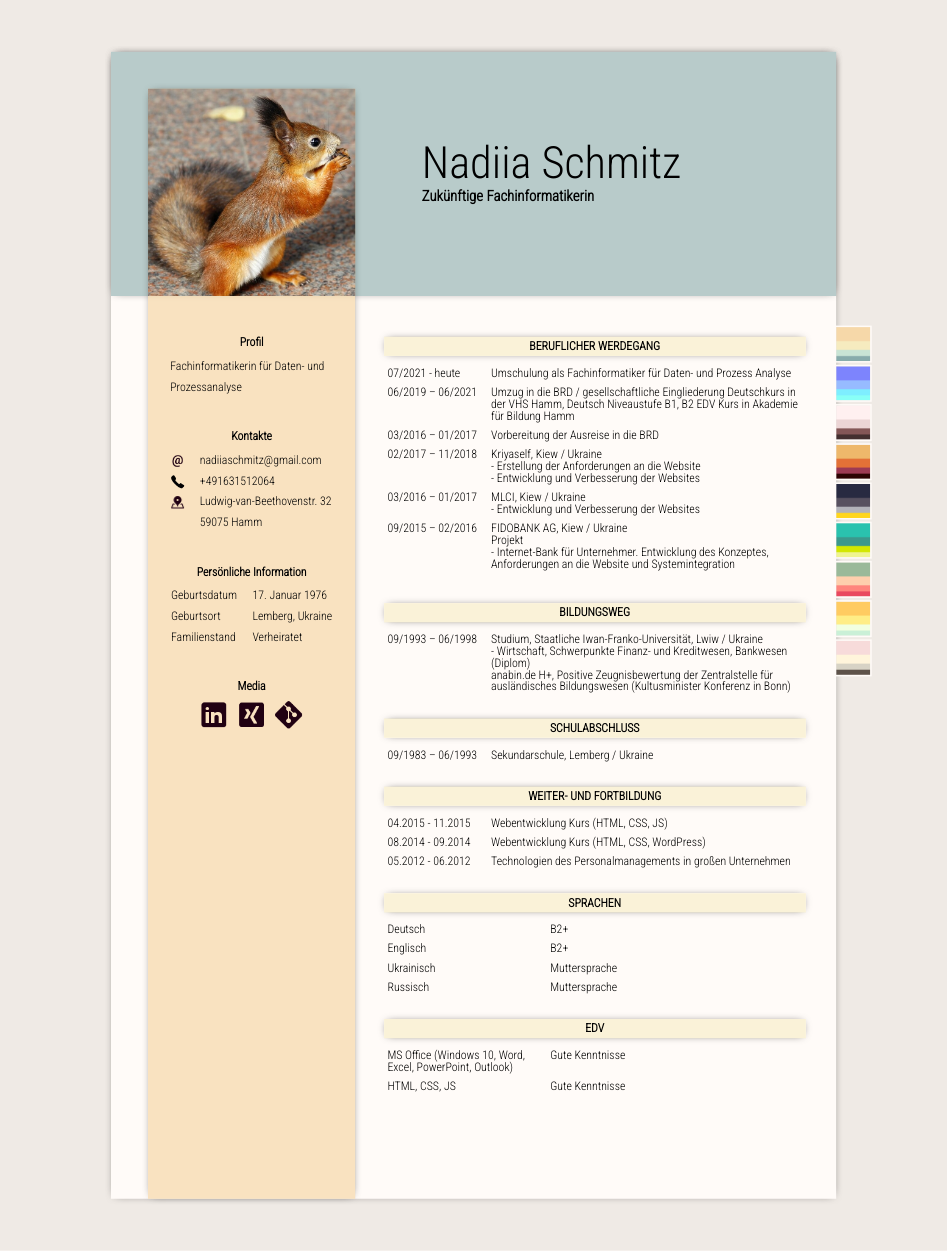
Repository: NadiaSchmitz/lebenslauf.nschmitz.githab.io
Page: index.html
The author's editor kept a record of every edit. The page is drawn from the files as they stood at one moment, then again after the next edit.
The browser window is 1280 px wide. The pictures show the whole page, at 74% of full size.

Above is the page before.

### index.html
<!DOCTYPE html>
<html>

<head>
  <meta charset="utf-8" />
  <title>Lebenslauf Nadiia Schmitz</title>
  <link rel="stylesheet" href="./styles/reset.css" type="text/css" />
  <link rel="stylesheet" href="./styles/style.css" type="text/css" />
  <link rel="stylesheet" href="./styles/icons.css" type="text/css" />
  <meta name="viewport" content="width=device-width, initial-scale=1.0">
  <link rel="preconnect" href="https://fonts.googleapis.com">
  <link rel="preconnect" href="https://fonts.gstatic.com" crossorigin>
  <link href="https://fonts.googleapis.com/css2?family=Roboto+Condensed:wght@300&display=swap" rel="stylesheet">
  <link rel="shortcut icon" href="images/favicon.png" type="image/x-icon">
  <script src="https://ajax.googleapis.com/ajax/libs/jquery/2.2.0/jquery.min.js"></script>
  <script type="text/javascript" src="./js/colors.js"></script>
</head>

<body>
  <section class="wrapper">
    <section class="inner_wrapper">
      <div class="content_wrapper">
        <header class="header">
          <div class="header_text">
            <h1>Nadiia Schmitz</h1>
            <h2>Zukünftige Fachinformatikerin</h2>
          </div>
        </header>
        <div class="color_schema_buttons_wrapper">
          <div id="pistachios" class="color_schema_button pistachios" title="pistachios"></div>
          <div id="sea" class="color_schema_button sea" title="sea"></div>
          <div id="cappuchino" class="color_schema_button cappuchino" title="cappuchino"></div>
          <div id="autumn" class="color_schema_button autumn" title="autumn"></div>
          <div id="bvb" class="color_schema_button bvb" title="bvb"></div>
          <div id="lime" class="color_schema_button lime" title="lime"></div>
          <div id="summer" class="color_schema_button summer" title="summer"></div>
          <div id="sun" class="color_schema_button sun" title="sun"></div>
          <div id="pastel" class="color_schema_button pastel" title="pastel"></div>
        </div>
        <div class="lebenslauf_wrapper">
          <div class="sidebar sidebar_left">
            <div class="sidebar_foto"></div>
            <div class="sidebar_content">
              <div class="sidebar_content_item profile">
                <h3>Profil</h3>
                <table>
                  <tr>
                    <td col="2">Fachinformatikerin für Daten- und Prozessanalyse</td>
                  </tr>
                </table>
              </div>
              <div class="sidebar_content_item contacts">
                <h3>Kontakte</h3>
                <table>
                  <tr>
                    <td>
                      <span class="sidebar_content_item_icon contacts_email"></span>
                    </td>
                    <td>nadiiaschmitz@gmail.com</td>
                  </tr>
                  <tr>
                    <td>
                      <span class="sidebar_content_item_icon contacts_phone"></span>
                    </td>
                    <td>+491631512064</td>
                  </tr>
                  <tr>
                    <td>
                      <span class="sidebar_content_item_icon contacts_adress"></span>
                    </td>
                    <td>Ludwig-van-Beethovenstr. 32 59075 Hamm</td>
                  </tr>
                </table>
              </div>
              <div class="sidebar_content_item personal">
                <h3>Persönliche Information</h3>
                <table>
                  <tr>
                    <td>Geburtsdatum</td>
                    <td>17. Januar 1976</td>
                  </tr>
                  <tr>
                    <td>Geburtsort</td>
                    <td>Lemberg, Ukraine</td>
                  </tr>
                  <tr>
                    <td>Familienstand</td>
                    <td>Verheiratet</td>
                  </tr>
                </table>
              </div>
              <div class="sidebar_content_item social">
                <h3>Media</h3>
                <table>
                  <tr>
                    <td><a href="https://www.linkedin.com/in/nadiia-schmitz-93491722" class="linkedin" target="_blank"></a></td>
                    <td><a href="https://www.xing.com/profile/Nadiia_Schmitz3" class="xing" target="_blank"></a></td>
                    <td><a href="https://github.com/NadiaSchmitz" class="git" target="_blank"></a></td>
                  </tr>
                </table>
              </div>
            </div>
          </div>
          <div class="sidebar sidebar_right">
            <div class="sidebar_right_content">
              <div class="sidebar_right_content_item">
                <h4>BERUFLICHER WERDEGANG</h4>
                <table>
                  <tr>
                    <td>07/2021 - heute</td>
                    <td>Umschulung als Fachinformatiker für Daten- und Prozess Analyse</td>
                  </tr>
                  <tr>
                    <td>06/2019 – 06/2021</td>
                    <td>Umzug in die BRD / gesellschaftliche Eingliederung Deutschkurs in der VHS Hamm, Deutsch Niveaustufe B1, B2 EDV Kurs in Akademie für Bildung Hamm
                    </td>
                  </tr>
                  <tr>
                    <td>03/2016 – 01/2017</td>
                    <td>Vorbereitung der Ausreise in die BRD</td>
                  </tr>
                  <tr>
                    <td>02/2017 – 11/2018</td>
                    <td>
                      <span class="employer">Kriyaself, Kiew / Ukraine</span>
                      <ul>
                        <li>- Erstellung der Anforderungen an die Website</li>
                        <li>- Entwicklung und Verbesserung der Websites</li>
                      </ul>
                    </td>
                  </tr>
                  <tr>
                    <td>03/2016 – 01/2017</td>
                    <td>
                      <span class="employer">MLCI, Kiew / Ukraine</span>
                      <ul>
                        <li>- Entwicklung und Verbesserung der Websites</li>
                      </ul>
                    </td>
                  </tr>
                  <tr>
                    <td>09/2015 – 02/2016</td>
                    <td>
                      <span class="employer">FIDOBANK AG, Kiew / Ukraine</span>
                      <ul>
                        Projekt
                        <li>- Internet-Bank für Unternehmer. Entwicklung des Konzeptes, Anforderungen an die Website und Systemintegration</li>
                      </ul>
                    </td>
                  </tr>
                  <tr>
                    <td></td>
                    <td></td>
                  </tr>
                </table>
              </div>
              <div class="sidebar_right_content_item">
                <h4>BILDUNGSWEG</h4>
                <table>
                  <tr>
                    <td>09/1993 – 06/1998</td>
                    <td>Studium, Staatliche Iwan-Franko-Universität, Lwiw / Ukraine
                      <ul>
                        <li>- Wirtschaft, Schwerpunkte Finanz- und Kreditwesen, Bankwesen (Diplom)</li>
                        <li>anabin.de H+, Positive Zeugnisbewertung der Zentralstelle für ausländisches Bildungswesen (Kultusminister Konferenz in Bonn)</li>
                      </ul>
                    </td>
                  </tr>
                </table>
              </div>
              <div class="sidebar_right_content_item">
                <h4>SCHULABSCHLUSS</h4>
                <table>
                  <tr>
                    <td>09/1983 – 06/1993</td>
                    <td>Sekundarschule, Lemberg / Ukraine</td>
                  </tr>
                </table>
              </div>
              <div class="sidebar_right_content_item">
                <h4>WEITER- UND FORTBILDUNG</h4>
                <table>
                  <tr>
                    <td>04.2015 - 11.2015</td>
                    <td>Webentwicklung Kurs (HTML, CSS, JS)</td>
                  </tr>
                  <tr>
                    <td>08.2014 - 09.2014</td>
                    <td>Webentwicklung Kurs (HTML, CSS, WordPress)</td>
                  </tr>
                  <tr>
                    <td>05.2012 - 06.2012</td>
                    <td>Technologien des Personalmanagements in großen Unternehmen</td>
                  </tr>
                </table>
              </div>
              <div class="sidebar_right_content_item lang">
                <h4>SPRACHEN</h4>
                <table>
                  <tr>
                    <td>Deutsch</td>
                    <td>B2+</td>
                  </tr>
                  <tr>
                    <td>Englisch</td>
                    <td>B2+</td>
                  </tr>
                  <tr>
                    <td>Ukrainisch</td>
                    <td>Muttersprache</td>
                  </tr>
                  <tr>
                    <td>Russisch</td>
                    <td>Muttersprache</td>
                  </tr>
                </table>
              </div>
              <div class="sidebar_right_content_item edv">
                <h4>EDV</h4>
                <table>
                  <tr>
                    <td>MS Office (Windows 10, Word, Excel, PowerPoint, Outlook)</td>
                    <td>Gute Kenntnisse</td>
                  </tr>
                  <tr>
                    <td>HTML, CSS, JS</td>
                    <td>Gute Kenntnisse</td>
                  </tr>
                </table>
              </div>
            </div>
          </div>
        </div>
      </div>
    </section>
  </section>
</body>

</html>

### styles/reset.css
html, body, div, span, applet, object, iframe,
h1, h2, h3, h4, h5, h6, p, blockquote, pre,
a, abbr, acronym, address, big, cite, code,
del, dfn, em, img, ins, kbd, q, s, samp,
small, strike, strong, sub, sup, tt, var,
b, u, i, center,
dl, dt, dd, ol, ul, li,
fieldset, form, label, legend,
table, caption, tbody, tfoot, thead, tr, th, td,
article, aside, canvas, details, embed,
figure, figcaption, footer, header, hgroup,
menu, nav, output, ruby, section, summary,
time, mark, audio, video {
	margin: 0;
	padding: 0;
	box-sizing: border-box;
	border: 0;
	font-size: 100%;
	font: inherit;
	vertical-align: baseline;
}
/* HTML5 display-role reset for older browsers */
article, aside, details, figcaption, figure,
footer, header, hgroup, menu, nav, section {
	display: block;
}
body {
	line-height: 1;
}
ol, ul {
	list-style: none;
}
blockquote, q {
	quotes: none;
}
blockquote:before, blockquote:after,
q:before, q:after {
	content: '';
	content: none;
}
table {
	border-collapse: collapse;
	border-spacing: 0;
}

### styles/style.css
html {
  font-family: 'Roboto Condensed', sans-serif;
  background-color: #efeae5;
}

.wrapper {}

.inner_wrapper {
  width: 980px;
  margin: 70px auto;
}

@media only screen and (max-width: 1080px) {
  .inner_wrapper {
    width: 900px;
    margin: 30px auto;
  }
}

@media only screen and (max-width: 900px) {
  .inner_wrapper {
    width: 100%;
    margin: 0;
  }
}

.content_wrapper {
  position: relative;
  background-color: #fffbf8;
  -webkit-box-shadow: 0px 0px 12px -5px rgba(0, 0, 0, 0.75);
  -moz-box-shadow: 0px 0px 12px -5px rgba(0, 0, 0, 0.75);
  box-shadow: 0px 0px 12px -5px rgba(0, 0, 0, 0.75);
}

.header {
  height: 330px;
  background-color: rgb(135 170 170 / 59%);
  -webkit-box-shadow: 0px 0px 12px -5px rgba(0, 0, 0, 0.75);
  -moz-box-shadow: 0px 0px 12px -5px rgba(0, 0, 0, 0.75);
  box-shadow: 0px 0px 12px -5px rgba(0, 0, 0, 0.75);
}

@media only screen and (max-width: 1080px) {
  .header {
    height: 280px;
  }
}

@media only screen and (max-width: 900px) {
  .header {
    height: 580px;
    padding: 60px 0 0 0;
  }
}

@media only screen and (max-width: 480px) {
  .header {
    padding: 70px 0 0 0;
  }
}

.header_text {
  margin: 0 0 0 420px;
  padding: 120px 0 0 0;
}

@media only screen and (max-width: 1080px) {
  .header_text {
    margin: 0 0 0 380px;
    padding: 100px 0 0 0;
  }
}

@media only screen and (max-width: 900px) {
  .header_text {
    text-align: center;
    margin: 0;
    padding: 0;
  }
}

h1 {
  color: #000000;
  font-size: 60px;
  margin: 0 0 5px 0;
}

@media only screen and (max-width: 900px) {
  h1 {
    font-size: 50px;
  }
}

@media only screen and (max-width: 480px) {
  h1 {
    font-size: 36px;
    font-weight: 700;
  }
}

h2 {
  color: #000000;
  font-size: 20px;
  font-weight: 600;
}

@media only screen and (max-width: 480px) {
  h2 {
    font-size: 16px;
  }
}

.sidebar {
  display: inline-block;
  vertical-align: top;
}

@media only screen and (max-width: 900px) {
  .lebenslauf_wrapper {
    padding: 0 30px 30px 30px;
  }
}

@media only screen and (max-width: 480px) {
  .lebenslauf_wrapper {
    padding: 0 15px 15px 15px;
  }
}

@media only screen and (max-width: 360px) {
  .lebenslauf_wrapper {
    padding: 0 10px 10px 10px;
  }
}

.sidebar_left {
  width: 280px;
  height: 1500px;
  background-color: rgb(246 215 167 / 68%);
  -webkit-box-shadow: 0px 0px 12px -5px rgba(0, 0, 0, 0.75);
  -moz-box-shadow: 0px 0px 12px -5px rgba(0, 0, 0, 0.75);
  box-shadow: 0px 0px 12px -5px rgba(0, 0, 0, 0.75);
  margin: -280px 0 0 50px;
}

@media only screen and (max-width: 1080px) {
  .sidebar_left {
    width: 250px;
    margin: -250px 0 0 30px;
  }
}

@media only screen and (max-width: 900px) {
  .sidebar_left {
    width: 100%;
    height: auto;
    margin: -380px 0 0 0;
  }
}

.sidebar_foto {
  width: 280px;
  height: 280px;
  background-image: url(../images/foto.jpg);
  background-position: 50%;
  background-size: cover;
}

@media only screen and (max-width: 1080px) {
  .sidebar_foto {
    width: 250px;
    height: 250px;
  }
}

@media only screen and (max-width: 900px) {
  .sidebar_foto {
    width: 350px;
    height: 350px;
    margin: 30px auto 0;
  }
}

@media only screen and (max-width: 480px) {
  .sidebar_foto {
    width: 320px;
    height: 320px;
  }
}

@media only screen and (max-width: 360px) {
  .sidebar_foto {
    width: 100%;
  }
}

.sidebar_content {
  padding: 55px 30px 30px 30px;
}

@media only screen and (max-width: 1080px) {
  .sidebar_content {
    padding: 45px 20px 20px 20px;
  }
}

@media only screen and (max-width: 900px) {
  .sidebar_content {
    padding: 50px 20px 20px 20px;
  }
}

@media only screen and (max-width: 480px) {
  .sidebar_content {
    padding: 80px 20px 20px 20px;
  }
}

.sidebar_content_item {
  margin: 0 0 30px 0;
  padding: 0 0 15px 0;
}

.sidebar_content_item:last-of-type {
  border-bottom: 1px solid transparent;
  margin: 0;
}

h3 {
  color: #000000;
  font-size: 16px;
  font-weight: 600;
  text-align: center;
  margin: 0 0 10px 0;
}

.sidebar_content_item table {
  margin: 0 auto;
}

.sidebar_content_item table td {
  height: 28px;
  font-size: 16px;
  line-height: 28px;
}

@media only screen and (max-width: 360px) {
  .sidebar_content_item table td {
    font-size: 14px;
  }
}

.profile table td {
  width: 100%;
}

.contacts table td:nth-of-type(1) {
  width: 40px;
}

.personal table td:nth-of-type(1) {
  width: 110px;
}

.social table {
  margin: 0 auto;
}

.social table td {
  width: 33%;
  padding: 0 5px 0 5px;
}

.social table td a {
  display: inline-block;
  width: 40px;
  height: 40px;
  background-size: contain;
  background-position: 50%;
  cursor: pointer;
}

.sidebar_content_item_icon {
  display: inline-block;
  vertical-align: middle;
  width: 20px;
  height: 20px;
  background-size: contain;
  background-position: 50%;
}

.sidebar_right {
  width: calc(100% - 280px - 60px);
  padding: 55px 35px 35px 35px;
}

@media only screen and (max-width: 1080px) {
  .sidebar_right {
    width: calc(100% - 250px - 35px);
    padding: 40px 75px 20px 20px;
  }
}

@media only screen and (max-width: 900px) {
  .sidebar_right {
    width: 100%;
    padding: 40px 20px 50px 20px;
  }
}

@media only screen and (max-width: 480px) {
  .sidebar_right {
    width: 100%;
    padding: 60px 0 50px 0;
  }
}

.sidebar_right_content_item {
  margin: 0 0 30px 0;
}

.sidebar_right_content_item h4 {
  color: #000000;
  font-size: 16px;
  font-weight: 600;
  text-align: center;
  background-color: rgb(246 234 190 / 54%);
  -webkit-box-shadow: 0px 0px 12px -5px rgba(0, 0, 0, 0.75);
  -moz-box-shadow: 0px 0px 12px -5px rgba(0, 0, 0, 0.75);
  box-shadow: 0px 0px 12px -5px rgba(0, 0, 0, 0.75);
  margin: 0 0 10px 0;
  padding: 5px;
}

.sidebar_right_content_item table tr td {
  font-size: 16px;
  padding: 5px;
}

@media only screen and (max-width: 360px) {
  .sidebar_right_content_item table tr td {
    font-size: 14px;
  }
}

.sidebar_right_content_item table tr td:nth-of-type(1) {
  width: 140px;
}

@media only screen and (max-width: 360px) {
  .sidebar_right_content_item table tr td:nth-of-type(1) {
    width: 120px;
  }
}

.edv {
  width: 100%;
}

.lang table tr td:nth-of-type(1),
.edv table tr td:nth-of-type(1) {
  width: 220px;
}

@media only screen and (max-width: 360px) {
  .lang table tr td:nth-of-type(1),
  .edv table tr td:nth-of-type(1) {
    width: 170px;
  }
}

.color_schema_buttons_wrapper {
  position: absolute;
  right: -48px;
  top: 370px;
}

@media only screen and (max-width: 1080px) {
  .color_schema_buttons_wrapper {
    right: 0;
    top: 282px;
  }
}

@media only screen and (max-width: 900px) {
  .color_schema_buttons_wrapper {
    right: 0;
    top: 600px;
  }
}

@media only screen and (max-width: 360px) {
  .color_schema_buttons_wrapper {
    display: none;
  }
}

.color_schema_button {
  width: 50px;
  height: 50px;
  background-position: 50%;
  background-size: contain;
  border: 2px solid #fffbf8;
  margin: 0 0 3px 0;
}

@media only screen and (max-width: 1080px) {
  .color_schema_button {
    width: 40px;
    height: 40px;
  }
}

.pistachios {
  background-image: url(../images/pistachios.png);
}

.sea {
  background-image: url(../images/sea.png);
}

.cappuchino {
  background-image: url(../images/cappuchino.png);
}

.autumn {
  background-image: url(../images/autumn.png);
}

.bvb {
  background-image: url(../images/bvb.png);
}

.lime {
  background-image: url(../images/lime.png);
}

.summer {
  background-image: url(../images/summer.png);
}

.sun {
  background-image: url(../images/sun.png);
}

.pastel {
  background-image: url(../images/pastel.png);
}

### js/colors.js
var colorSchemeArray = [];
colorSchemeArray = [{
    schemeName: "standart",
    colorHeader: "rgb(135 170 170 / 59%)",
    colorSidebarLeft: "rgb(246 215 167 / 68%)",
    colorTopic: "rgb(246 234 190 / 54%)"
  },

  {
    schemeName: "sea",
    colorHeader: "rgb(124 131 253 / 58%)",
    colorSidebarLeft: "rgba(125, 237, 255, 0.53)",
    colorTopic: "rgb(150 186 255 / 52%)"
  },

  {
    schemeName: "cappuchino",
    colorHeader: "rgba(131, 88, 88, 0.7)",
    colorSidebarLeft: "#EBD4D4",
    colorTopic: "#FFF0F0"
  },

  {
    schemeName: "autumn",
    colorHeader: "rgb(156 61 84 / 76%)",
    colorSidebarLeft: "rgb(226 112 58 / 62%)",
    colorTopic: "rgb(238 183 107 / 75%)"
  },

  {
    schemeName: "bvb",
    colorHeader: "#595260",
    colorSidebarLeft: "#FFD523",
    colorTopic: "#B2B1B9",
  },

  {
    schemeName: "lime",
    colorHeader: "rgb(46 193 172 / 51%)",
    colorSidebarLeft: "rgb(210 230 3 / 49%)",
    colorTopic: "rgb(239 244 142 / 53%)",
  },

  {
    schemeName: "summer",
    colorHeader: "rgb(255 132 124 / 85%)",
    colorSidebarLeft: "rgb(153 184 152 / 65%)",
    colorTopic: "#FECEAB",
  },

  {
    schemeName: "sun",
    colorHeader: "#FFEC85",
    colorSidebarLeft: "#C9F0D6",
    colorTopic: "#F2FFDF",
  },

  {
    schemeName: "pastel",
    colorHeader: "#F7DAD9",
    colorSidebarLeft: "#FFF5DA",
    colorTopic: "#D6D2C4",
  }
]

// console.log(colorSchemeArray.length)

$(document).ready(function() {
  $(".color_schema_button").click(function() {
    var buttonId = $(this).attr('id');
    console.log(buttonId);
    for (var i = 0; i < colorSchemeArray.length; i++) {
      console.log(colorSchemeArray[i].schemeName)
      if (buttonId == colorSchemeArray[i].schemeName) {
        var styleId = i;
        $('.header').css('backgroundColor', colorSchemeArray[styleId].colorHeader);
        $('.sidebar_left').css('backgroundColor', colorSchemeArray[styleId].colorSidebarLeft);
        $('h4').css('backgroundColor', colorSchemeArray[styleId].colorTopic);
      }
    }
  });
})

Loaded but not shown: styles/icons.css (library)

After the next edit:
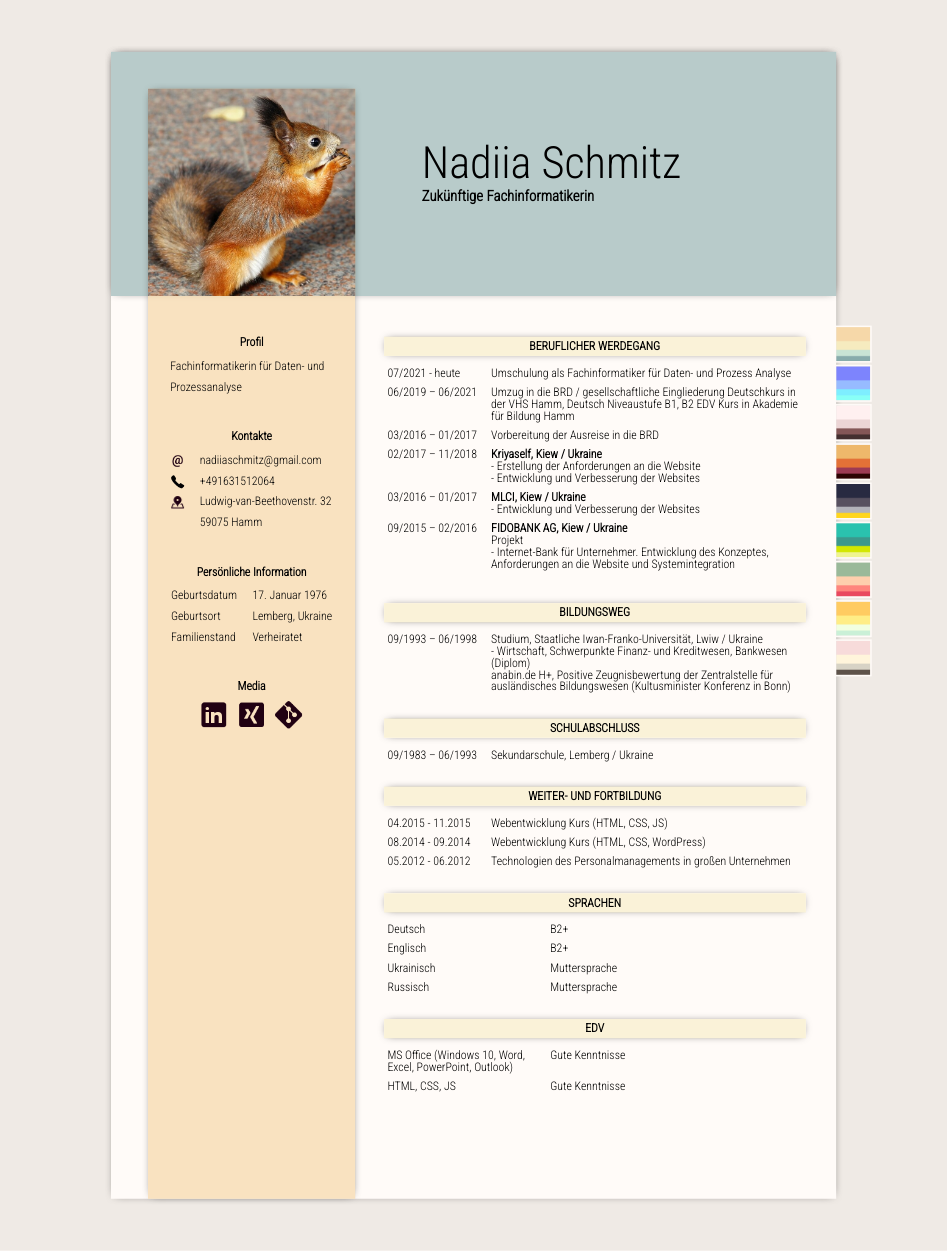
The edit:
--- a/styles/style.css
+++ b/styles/style.css
@@ -337,6 +337,18 @@
   padding: 5px;
 }
 
+.sidebar_right_content_item .employer {
+  font-weight: 700;
+}
+
+.sidebar_right_content_item .project {
+  text-decoration: underline;
+}
+
+.sidebar_right_content_item .addition {
+  font-style: italic;
+}
+
 @media only screen and (max-width: 360px) {
   .sidebar_right_content_item table tr td {
     font-size: 14px;
